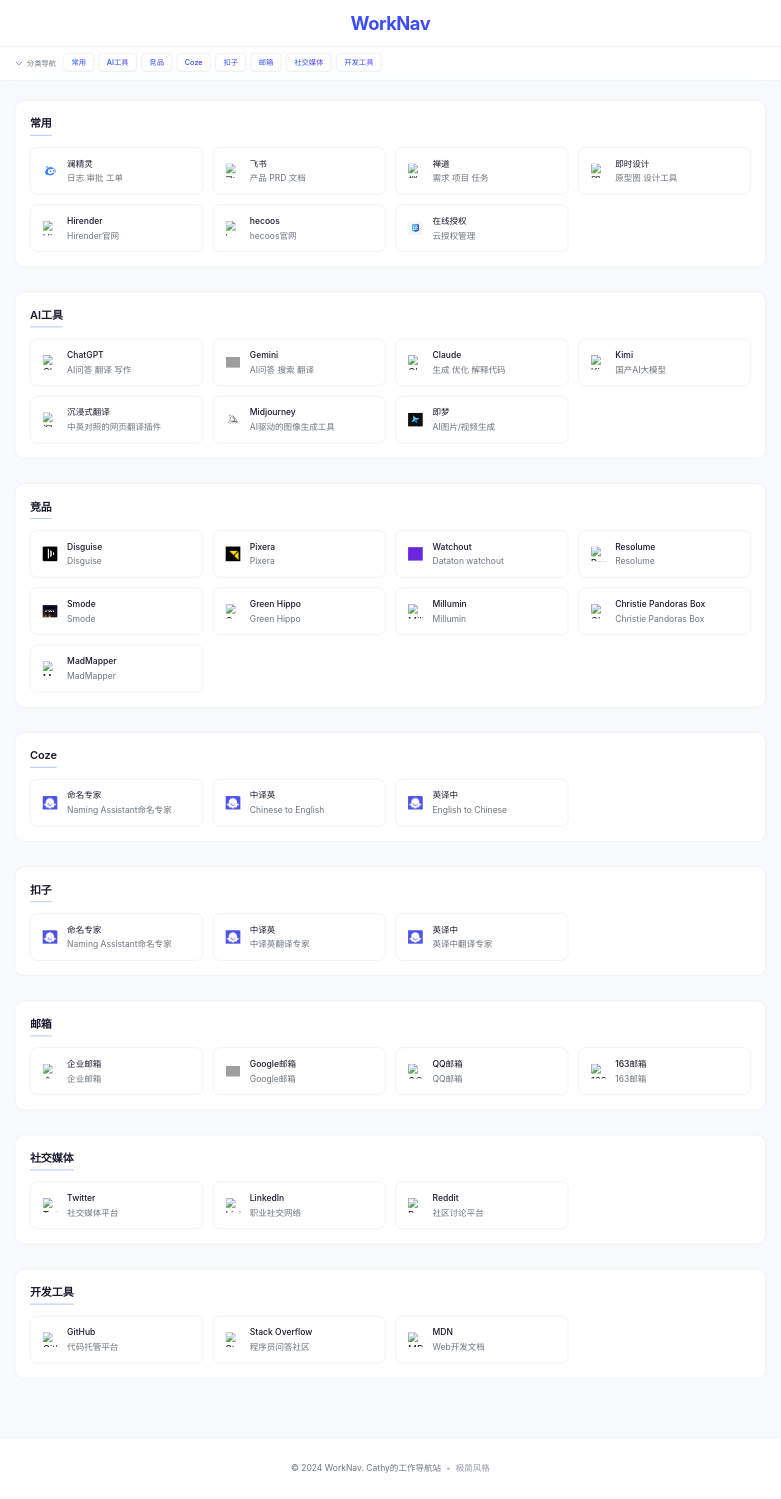
Repository: SweetPomelo0/WorkNav
Page: /
An editor plug-in stored every save of this project. The page is shown before and after the next save, followed by the edit.
The browser window is 1280 px wide. The pictures show the whole page, at 61% of full size.
Pictures or frames that could not be fetched are drawn as grey boxes. The project was rebuilt for these pictures with package versions that can differ from the ones it lists, and the page was loaded fresh each time. The framework's server and built-in components were replaced by stand-ins that run in the browser. Also part of the build but not shown: next.config.ts.

Above is the page before, as saved 2025-07-26 21:33:45.

### src/app/layout.tsx
import type { Metadata } from "next";
import { Geist, Geist_Mono } from "next/font/google";
import "./globals.css";

const geistSans = Geist({
  variable: "--font-geist-sans",
  subsets: ["latin"],
});

const geistMono = Geist_Mono({
  variable: "--font-geist-mono",
  subsets: ["latin"],
});

export const metadata: Metadata = {
  title: "WorkNav - 工作网址导航",
  description: "一个简洁的工作网址导航页面",
};

export default function RootLayout({
  children,
}: Readonly<{
  children: React.ReactNode;
}>) {
  return (
    <html lang="en">
      <body
        className={`${geistSans.variable} ${geistMono.variable} antialiased`}
      >
        {children}
      </body>
    </html>
  );
}

### src/app/page.tsx
export default function Home() {
  // 定义导航分类和链接
  const categories = [
    {
      title: "常用",
      links: [
        { name: "澜精灵", url: "https://www.lanerp.com/Admin/index/index.html", desc: "日志 审批 工单", icon: "/img/lanjingling.png" },
        { name: "飞书", url: "https://enlightv.feishu.cn/wiki/D6Z1wOai9iVI4bkVlumcJprDn2e?fromScene=spaceOverview", desc: "产品 PRD 文档", icon: "https://feishu.cn/favicon.ico" },
        { name: "禅道", url: "https://enlightv.zentaopm.com/my/", desc: "需求 项目 任务", icon: "https://enlightv.zentaopm.com/favicon.ico" },
        { name: "即时设计", url: "https://js.design/recent", desc: "原型图 设计工具", icon: "https://img.js.design/assets/webImg/favicon.ico" },
        { name: "Hirender", url: "https://www.hirender.com/#/home", desc: "Hirender官网", icon: "https://www.hirender.com/favicon.ico" },
        { name: "hecoos", url: "https://www.hecoos.com/web/#/home", desc: "hecoos官网", icon: "https://www.hecoos.com/favicon.ico" },
        { name: "在线授权", url: "https://license.enlightv.com/web/", desc: "云授权管理", icon: "data:[embedded picture, 6295 characters]" },
      ]
    },
    {
      title: "AI工具",
      links: [
        { name: "ChatGPT", url: "https://chatgpt.com/", desc: "AI问答 翻译 写作", icon: "https://cdn.oaistatic.com/assets/favicon-180x180-od45eci6.webp" },
        { name: "Gemini", url: "https://gemini.google.com/app", desc: "AI问答 搜索 翻译", icon: "https://www.gstatic.com/lamda/images/gemini_sparkle_4g_512_lt_f94943af3be039176192d.png" },
        { name: "Claude", url: "https://claude.ai/", desc: "生成 优化 解释代码", icon: "https://claude.ai/favicon.ico" },
        { name: "Kimi", url: "https://www.kimi.com/", desc: "国产AI大模型", icon: "https://www.kimi.com/favicon.ico" },
        { name: "沉浸式翻译", url: "https://immersivetranslate.com/zh-Hans/?utm_source=ai-bot.cn", desc: "中英对照的网页翻译插件", icon: "https://immersivetranslate.com/favicon.ico" },
        { name: "Midjourney", url: "https://www.midjourney.com/explore?tab=video_top", desc: "AI驱动的图像生成工具", icon: "/img/mj.png" },
        { name: "即梦", url: "https://jimeng.jianying.com/ai-tool/home", desc: "AI图片/视频生成", icon: "/img/jimeng.png" }

      ]
    },
    {
      title: "竞品",
      links: [
        { name: "Disguise", url: "https://www.disguise.one/en", desc: "Disguise", icon: "/img/disguise.png" },
        { name: "Pixera", url: "https://pixera.one/zh/software/overview/", desc: "Pixera", icon: "/img/pixera.png" },
        { name: "Watchout", url: "https://www.dataton.com/", desc: "Dataton watchout", icon: "/img/watchout.png" },
        { name: "Resolume", url: "https://resolume.com/", desc: "Resolume", icon: "https://resolume.com/images/favicons/apple-touch-icon.png" },
        { name: "Smode", url: "https://www.smode.io/en/", desc: "Smode", icon: "/img/smode.png" },
        { name: "Green Hippo", url: "https://www.green-hippo.com/", desc: "Green Hippo", icon: "https://www.green-hippo.com/wp-content/themes/greenhippo/assets/icons/favicon.ico" },
        { name: "Millumin", url: "https://millumin.com/v5/index.php", desc: "Millumin", icon: "https://www.millumin.com/favicon/apple-icon-180x180.png" },
        { name: "Christie Pandoras Box", url: "https://www.christiedigital.com/products/christie-pandoras-box/", desc: "Christie Pandoras Box", icon: "https://www.christiedigital.com/apple-touch-icon.png" },
        { name: "MadMapper", url: "https://madmapper.com/madmapper/software", desc: "MadMapper", icon: "https://madmapper.com/images/favicon/apple-touch-icon.png" }

      ]
    },
    {
      title: "Coze",
      links: [
        { name: "命名专家", url: "https://www.coze.com/store/agent/7530562770308956161?bot_id=true", desc: "Naming Assistant命名专家", icon: "/img/coze.png" },
        { name: "中译英", url: "https://www.coze.com/store/agent/7530572378075152440?bot_id=true", desc: "Chinese to English", icon: "/img/coze.png" },
        { name: "英译中", url: "https://www.coze.com/store/agent/7530572202144694273?bot_id=true", desc: "English to Chinese", icon: "/img/coze.png" }
      ]
    },
    {
      title: "扣子",
      links: [
        { name: "命名专家", url: "https://www.coze.cn/store/agent/7530571775823577130?bot_id=true", desc: "Naming Assistant命名专家", icon: "/img/coze.png" },
        { name: "中译英", url: "https://www.coze.cn/store/agent/7530581452909035572?bot_id=true", desc: "中译英翻译专家", icon: "/img/coze.png" },
        { name: "英译中", url: "https://www.coze.cn/store/agent/7530581958234193970?bot_id=true", desc: "英译中翻译专家", icon: "/img/coze.png" }
      ]
    },
    {
      title: "邮箱",
      links: [
        { name: "企业邮箱", url: "https://exmail.qq.com/cgi-bin/frame_html?sid=qPUC22bEtIEF7kUt,2&sign_type=&r=586a2a390ca023395a120877ca5870f0", desc: "企业邮箱", icon: "https://exmail.qq.com/favicon.ico" },
        { name: "Google邮箱", url: "https://mail.google.com/mail/u/0/#inbox", desc: "Google邮箱", icon: "https://ssl.gstatic.com/ui/v1/icons/mail/rfr/gmail.ico" },
        { name: "QQ邮箱", url: "https://mail.qq.com/", desc: "QQ邮箱", icon: "https://mail.qq.com/favicon.ico" },
        { name: "163邮箱", url: "https://mail.163.com/", desc: "163邮箱", icon: "https://mail.163.com/favicon.ico" }
      ]
    },
    {
      title: "社交媒体",
      links: [
        { name: "Twitter", url: "https://twitter.com", desc: "社交媒体平台", icon: "https://twitter.com/favicon.ico" },
        { name: "LinkedIn", url: "https://www.linkedin.com", desc: "职业社交网络", icon: "https://www.linkedin.com/favicon.ico" },
        { name: "Reddit", url: "https://www.reddit.com", desc: "社区讨论平台", icon: "https://www.reddit.com/favicon.ico" }
      ]
    },
    {
      title: "开发工具",
      links: [
        { name: "GitHub", url: "https://github.com", desc: "代码托管平台", icon: "https://github.com/favicon.ico" },
        { name: "Stack Overflow", url: "https://stackoverflow.com", desc: "程序员问答社区", icon: "https://stackoverflow.com/favicon.ico" },
        { name: "MDN", url: "https://developer.mozilla.org", desc: "Web开发文档", icon: "https://developer.mozilla.org/favicon.ico" },
      ]
    }

  ];

  return (
    <div className="min-h-screen" style={{ background: 'var(--background)', color: 'var(--text-primary)' }}>
      {/* Header */}
      <header style={{ background: 'var(--header-bg)', borderBottom: '1px solid var(--card-border)' }}>
        <div className="max-w-7xl mx-auto px-6 py-5">
          <div className="text-center">
            <h1 className="text-3xl font-bold tracking-tight bg-clip-text text-transparent bg-gradient-to-r from-blue-600 to-indigo-600 dark:from-blue-400 dark:to-indigo-400">WorkNav</h1>
          </div>
        </div>
      </header>

      {/* Category Navigation */}
      <div className="sticky top-0 z-10" style={{ background: 'rgba(var(--header-bg-rgb), 0.85)', borderBottom: '1px solid var(--card-border)', backdropFilter: 'blur(12px)' }}>
        <div className="max-w-7xl mx-auto px-6 py-2.5 overflow-x-auto">
          <div className="flex items-center">
            <div className="flex-shrink-0 mr-3">
              <div className="flex items-center">
                <svg xmlns="http://www.w3.org/2000/svg" className="h-3.5 w-3.5 mr-1.5" fill="none" viewBox="0 0 24 24" stroke="currentColor" style={{ color: 'var(--accent)' }}>
                  <path strokeLinecap="round" strokeLinejoin="round" strokeWidth={2} d="M19 9l-7 7-7-7" />
                </svg>
                <span className="text-xs font-medium" style={{ color: 'var(--text-secondary)' }}>分类导航</span>
              </div>
            </div>
            <div className="flex space-x-2 overflow-x-auto pb-1 scrollbar-thin flex-grow">
              {categories.map((category, index) => (
                <a
                  key={index}
                  href={`#category-${index}`}
                  className="text-xs font-medium whitespace-nowrap px-3 py-1.5 rounded-md transition-all duration-200 hover:scale-105 hover:shadow-md flex-shrink-0"
                  style={{
                    background: 'var(--card-bg)',
                    border: '1px solid var(--card-border)',
                    boxShadow: '0 1px 2px rgba(0,0,0,0.05)'
                  }}
                >
                  <span className="bg-clip-text text-transparent bg-gradient-to-r from-blue-600 to-indigo-600 dark:from-blue-400 dark:to-indigo-400">
                    {category.title}
                  </span>
                </a>
              ))}
            </div>
          </div>
        </div>
      </div>

      {/* Main Content */}
       <main className="max-w-7xl mx-auto px-6 py-8">
         <div className="space-y-10">
           {categories.map((category, index) => (
             <div
               key={index}
               id={`category-${index}`}
               style={{
                 background: 'var(--card-bg)',
                 borderColor: 'var(--card-border)'
               }}
               className="rounded-2xl border p-6 transition-all duration-300 hover:shadow-lg"
             >
               <h2
                 className="text-lg font-semibold mb-6 relative inline-block"
                 style={{ color: 'var(--text-primary)' }}
               >
                 <span className="relative z-10">{category.title}</span>
                 <span
                  className="absolute bottom-0 left-0 w-full h-0.5 rounded-full opacity-30"
                  style={{ background: 'var(--accent)', transform: 'translateY(6px)' }}
                ></span>
               </h2>
               <div className="grid grid-cols-1 sm:grid-cols-2 lg:grid-cols-3 xl:grid-cols-4 gap-4">
                 {category.links.map((link, linkIndex) => (
                   <a
                     key={linkIndex}
                     href={link.url}
                     target="_blank"
                     rel="noopener noreferrer"
                     style={{
                       borderColor: 'var(--card-border)',
                       background: 'var(--card-bg)'
                     }}
                     className="block p-4 rounded-xl border hover:shadow-md transition-all duration-200 group relative"
                   >

                     <div className="flex items-center justify-between">
                       <div className="flex items-center flex-1">
                         <div className="w-8 h-8 mr-3 flex-shrink-0 flex items-center justify-center">
                           {link.icon ? (
                             <img
                               src={link.icon}
                               alt={`${link.name} icon`}
                               className="w-6 h-6 object-contain"
                             />
                           ) : (
                             <div
                               style={{ background: 'var(--card-hover)' }}
                               className="w-6 h-6 rounded-md flex items-center justify-center"
                             >
                               <span style={{ color: 'var(--text-secondary)' }} className="text-xs font-medium">
                                 {link.name.charAt(0).toUpperCase()}
                               </span>
                             </div>
                           )}
                         </div>
                         <div className="flex-1">
                           <h3
                             style={{ color: 'var(--text-primary)' }}
                             className="text-sm font-medium group-hover:text-blue-600 dark:group-hover:text-blue-400 transition-colors"
                           >
                             {link.name}
                           </h3>
                           <p
                             style={{ color: 'var(--text-secondary)' }}
                             className="text-sm mt-1"
                           >
                             {link.desc}
                           </p>
                         </div>
                       </div>

                     </div>
                   </a>
                 ))}
               </div>
             </div>
           ))}
         </div>
       </main>

      {/* Footer */}
      <footer style={{ borderTop: '1px solid var(--card-border)', background: 'var(--footer-bg)' }} className="mt-16">
        <div className="max-w-7xl mx-auto px-6 py-10">
          <div className="text-center">
            <p style={{ color: 'var(--text-secondary)' }} className="text-sm">
              © 2024 WorkNav. Cathy的工作导航站
              <span className="inline-block mx-2 opacity-50">•</span>
              <span className="opacity-70">极简风格</span>
            </p>
          </div>
        </div>
      </footer>
    </div>
  );
}

### src/app/globals.css
@import "tailwindcss";

:root {
  --background: #f8f9fa;
  --foreground: #1a1a2e;
  --card-bg: #ffffff;
  --card-border: #e9ecef;
  --card-hover: #f1f3f5;
  --accent: #4361ee;
  --accent-hover: #3a56d4;
  --text-primary: #1a1a2e;
  --text-secondary: #6c757d;
  --text-tertiary: #adb5bd;
  --header-bg: #ffffff;
  --header-bg-rgb: 255, 255, 255;
  --footer-bg: #ffffff;
}

@theme inline {
  --color-background: var(--background);
  --color-foreground: var(--foreground);
  --font-sans: var(--font-geist-sans);
  --font-mono: var(--font-geist-mono);
}

@media (prefers-color-scheme: dark) {
  :root {
    --background: #121212;
    --foreground: #f8f9fa;
    --card-bg: #1e1e1e;
    --card-border: #2d2d2d;
    --card-hover: #2a2a2a;
    --accent: #4361ee;
    --accent-hover: #5a72f0;
    --text-primary: #f8f9fa;
    --text-secondary: #adb5bd;
    --text-tertiary: #6c757d;
    --header-bg: #1a1a1a;
    --header-bg-rgb: 26, 26, 26;
    --footer-bg: #1a1a1a;
  }
}

body {
  background: var(--background);
  color: var(--foreground);
  font-family:
    "Inter",
    -apple-system,
    BlinkMacSystemFont,
    "Segoe UI",
    Roboto,
    Oxygen,
    Ubuntu,
    Cantarell,
    "Open Sans",
    "Helvetica Neue",
    sans-serif;
}

/* 平滑滚动和过渡效果 */
html {
  scroll-behavior: smooth;
}

* {
  transition:
    background-color 0.2s ease,
    border-color 0.2s ease,
    transform 0.2s ease;
}

/* 自定义滚动条 */
::-webkit-scrollbar {
  width: 8px;
  height: 8px;
}

::-webkit-scrollbar-track {
  background: transparent;
}

::-webkit-scrollbar-thumb {
  background: var(--text-tertiary);
  border-radius: 4px;
}

::-webkit-scrollbar-thumb:hover {
  background: var(--text-secondary);
}

After the next save:
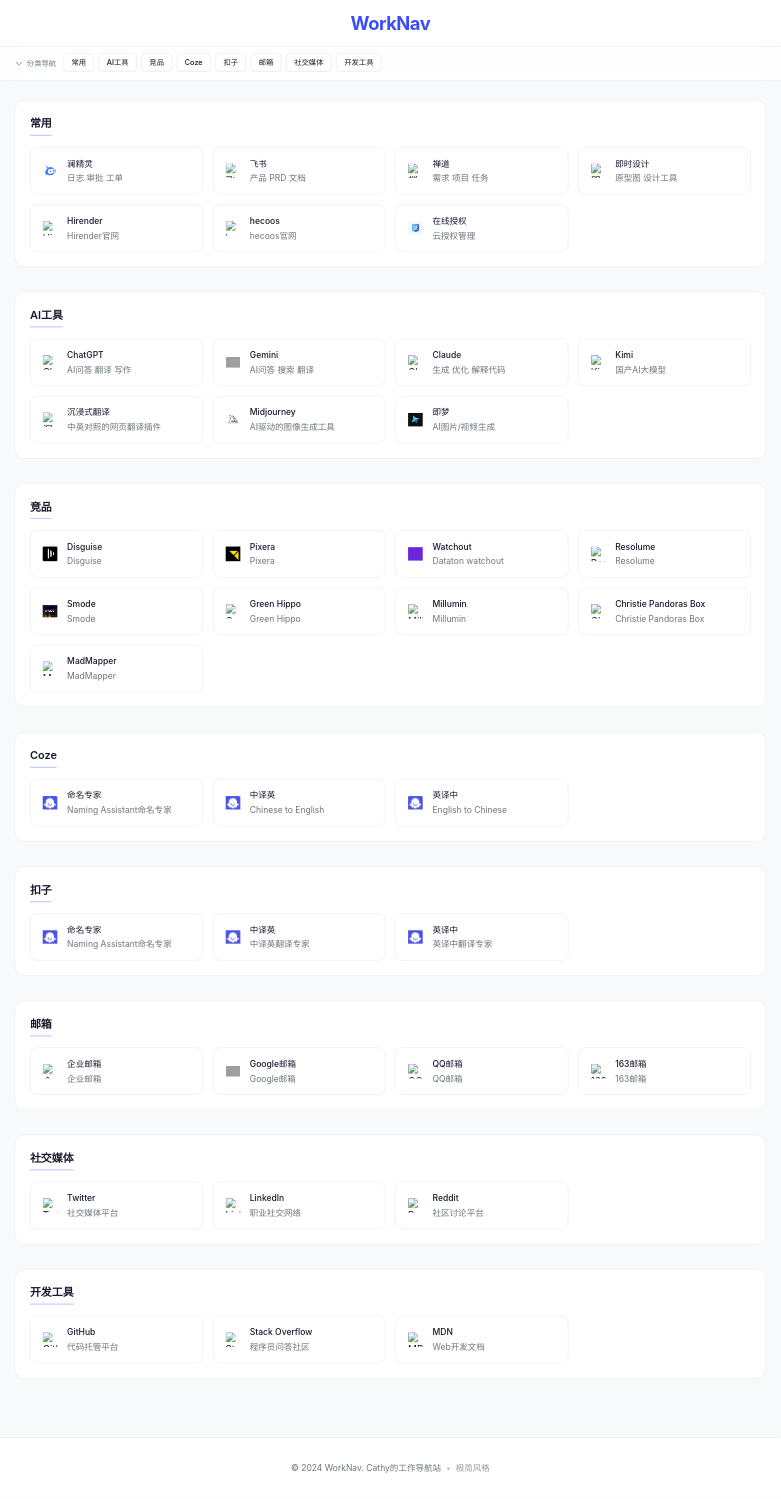
Saved 53 s later.
--- a/src/app/page.tsx
+++ b/src/app/page.tsx
@@ -120,9 +120,7 @@
                     boxShadow: '0 1px 2px rgba(0,0,0,0.05)'
                   }}
                 >
-                  <span className="bg-clip-text text-transparent bg-gradient-to-r from-blue-600 to-indigo-600 dark:from-blue-400 dark:to-indigo-400">
-                    {category.title}
-                  </span>
+                  {category.title}
                 </a>
               ))}
             </div>
